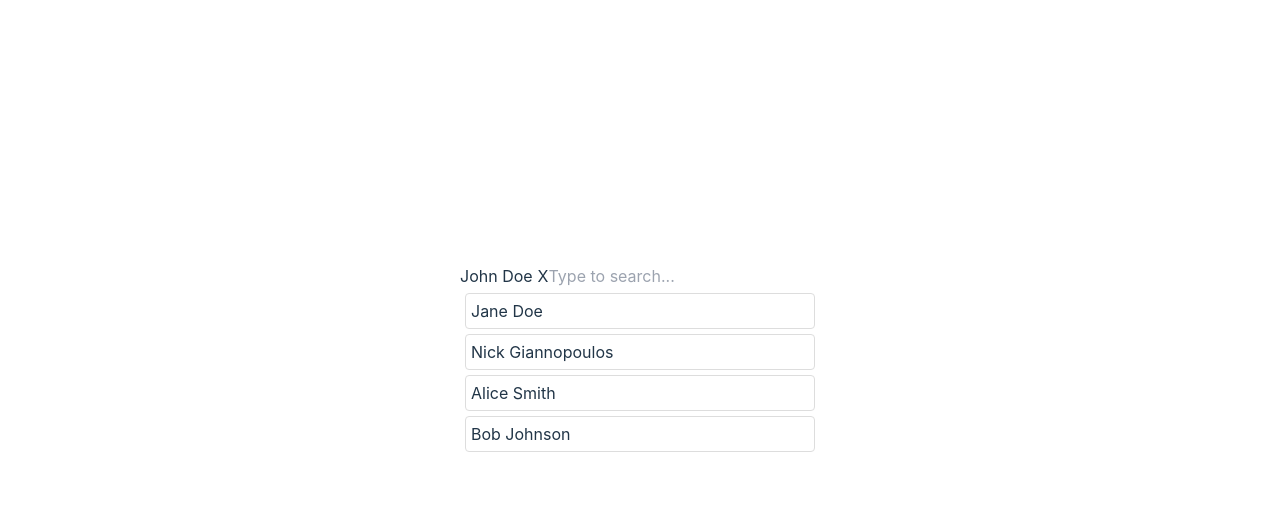
Repository: Ayansaxena24/Chip
Page: /, after clicking the first element matching `li`
An editor plug-in stored every save of this project. The page is shown before and after a run of saves, followed by the edit.
The browser window is 1280 px wide. The pictures show the whole page.
Some web libraries are served in a nearby version. The project was rebuilt for these pictures with package versions that can differ from the ones it lists, and the page was loaded fresh each time. Also part of the build but not shown: vite.config.ts.

Above is the page before, as saved 2024-01-16 03:07:01.

After the next 3 saves:
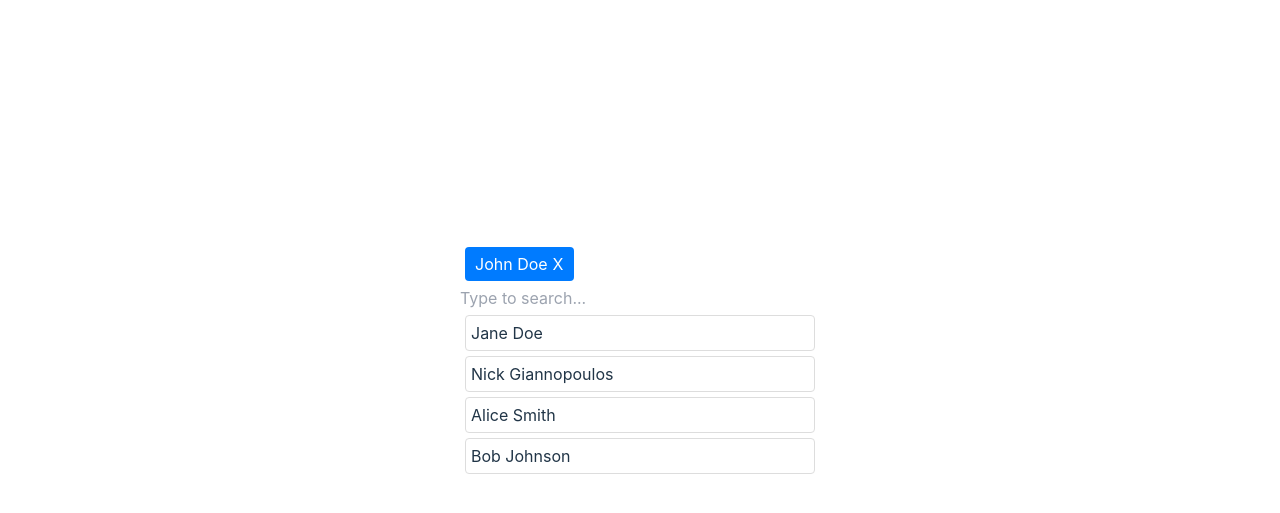
The 3 saves are shown as one change because they came seconds apart.
The last was saved 11 s later.
--- a/src/ChipInput.tsx
+++ b/src/ChipInput.tsx
@@ -78,7 +78,7 @@ const ChipInput: React.FC = () => {
           {chips.map((chip) => (
             <div
               key={chip.id}
-              className=""
+              className="chip"
               onClick={() => handleChipRemove(chip.id)}
             >
               {chip.label}
